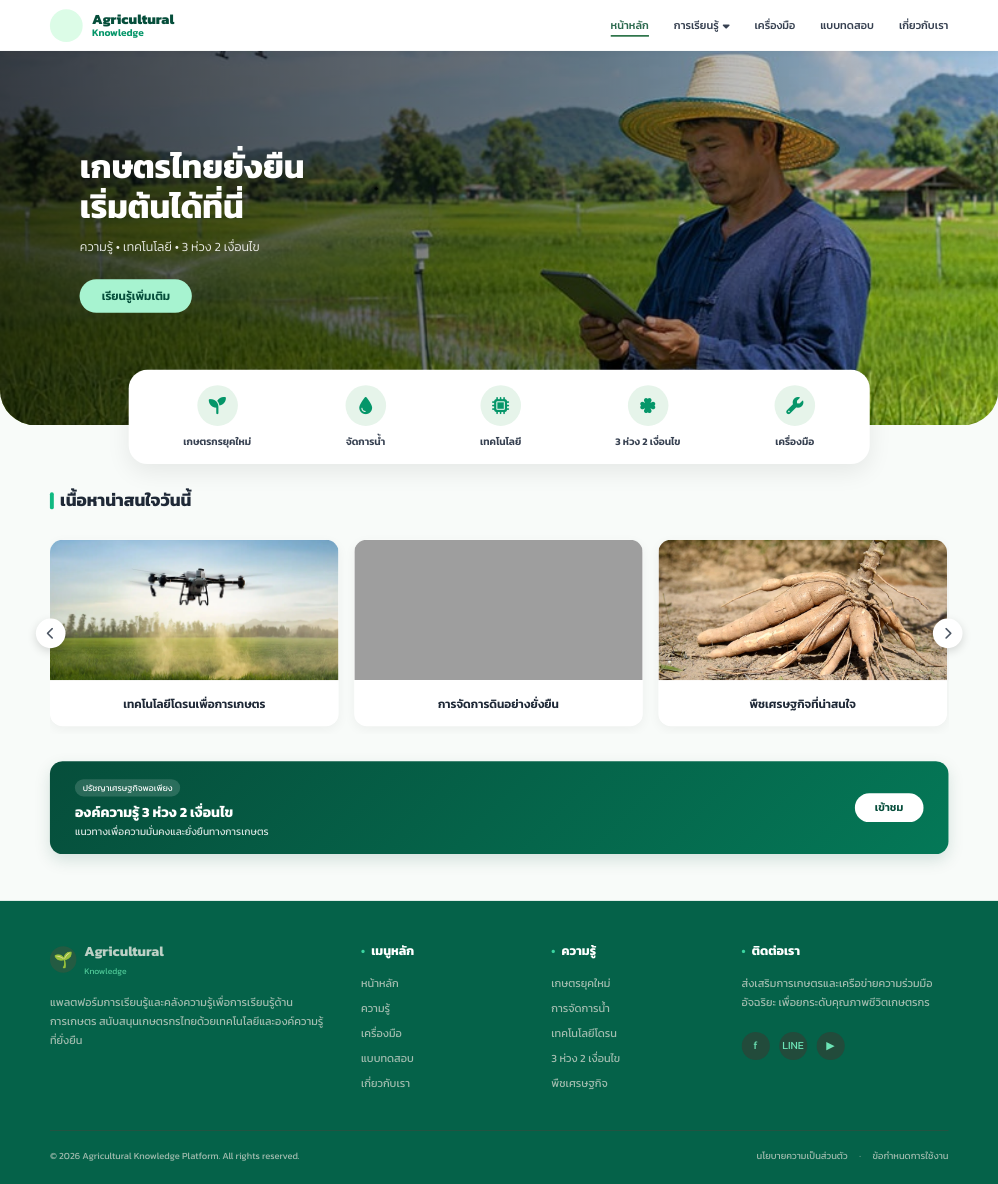
Repository: nuwat-wa/Project-WebdesignAG
Page: ag1.html
The author's editor kept a copy of each file at every save. The page is drawn from the files as they stood at one save, then again after the next save.
The browser window is 1280 px wide. The pictures show the whole page, at 78% of full size.
Pictures or frames that could not be fetched are drawn as grey boxes.

Above is the page before, as saved 2026-10-01 14:49:17.

After the next save:
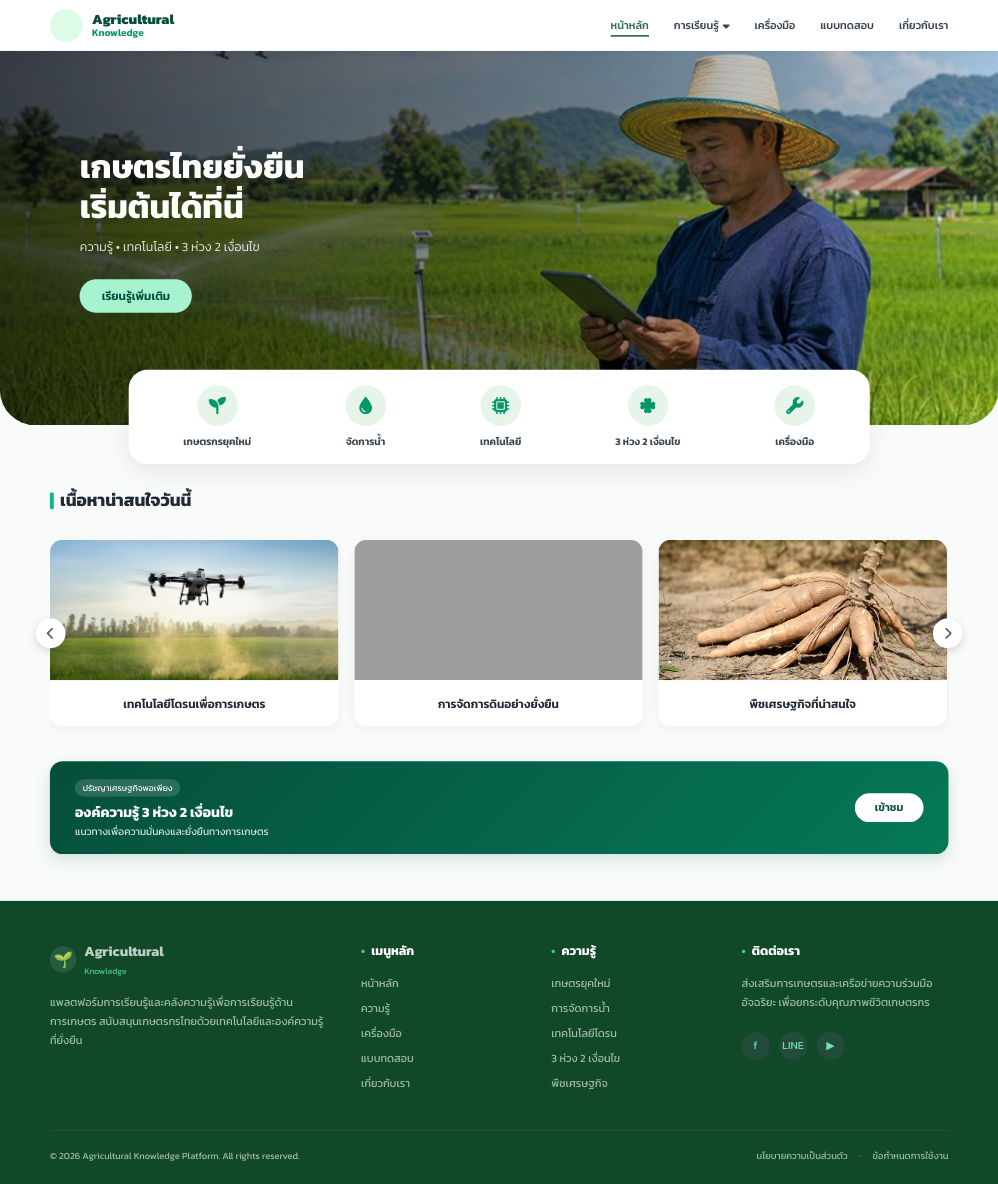
Saved 38 s later.
--- a/style/ag1.css
+++ b/style/ag1.css
@@ -508,7 +508,7 @@ body {
   width: 100%;
   padding: 50px 5% 25px;
   color: #a4bdb0;
-  background: #056249;
+  background: #114827;
   font-size: 14px;
   line-height: 1.7;
 }
